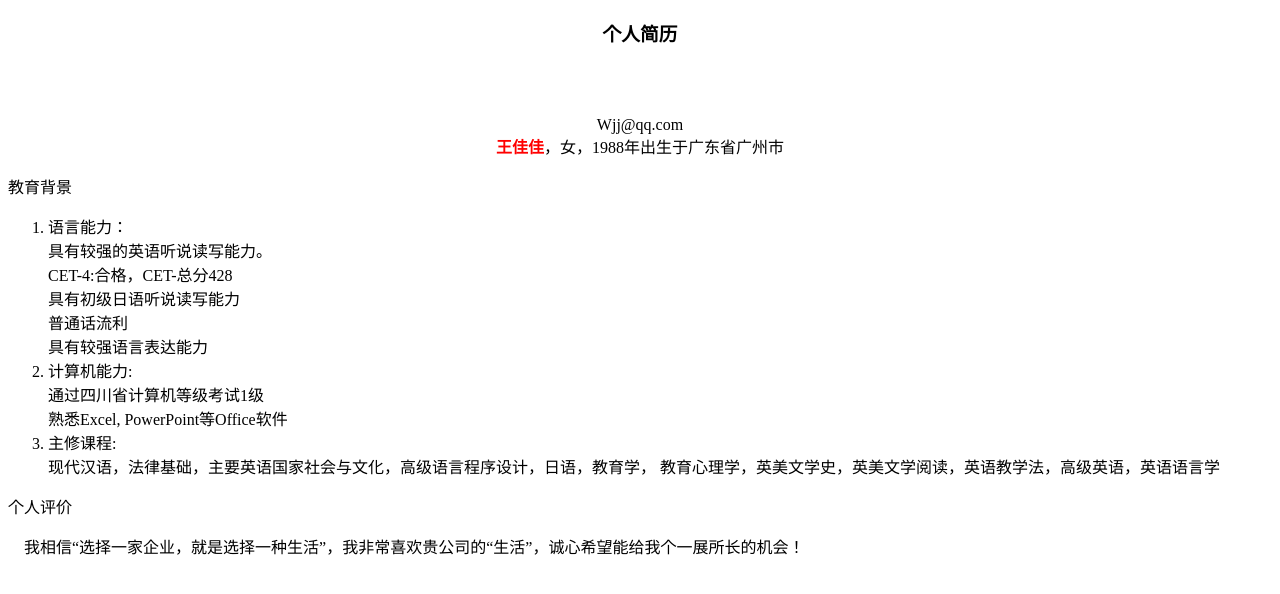
Repository: sheep9590/Test
Page: http://localhost/Prj03/
The author's editor kept a copy of each file at every save. The page is drawn from the files as they stood at one save, then again after the next save.
The browser window is 1280 px wide. The pictures show the whole page.
The page is served by Tomcat 9.

Above is the page before, as saved 2021-09-02 16:26:04.

After the next save:
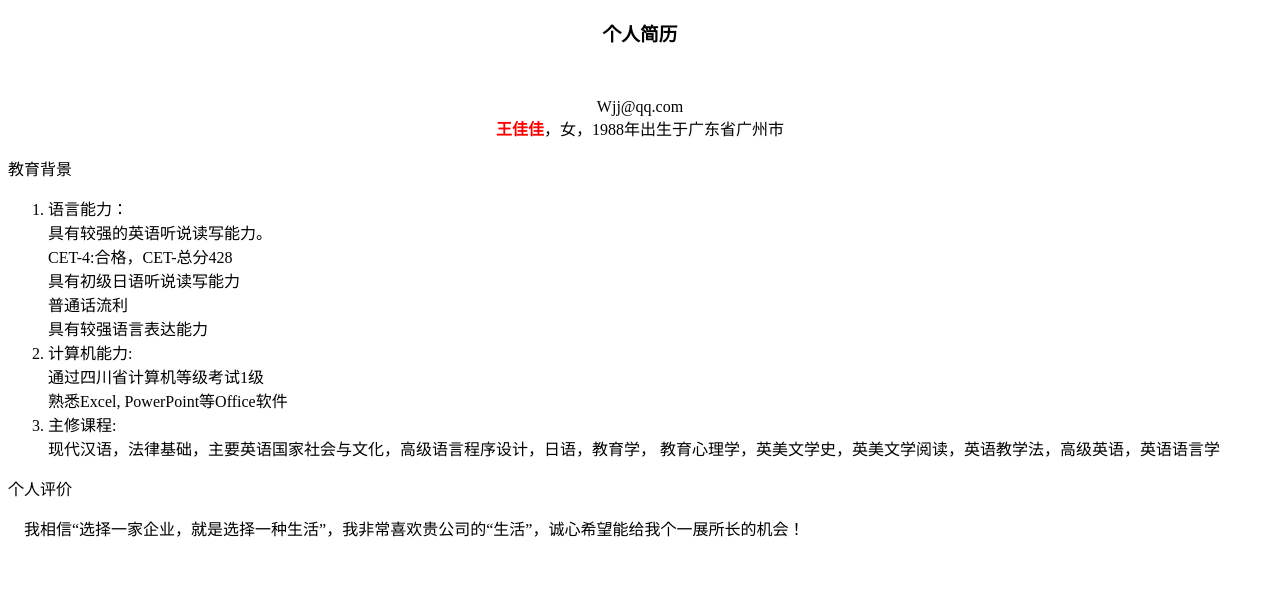
Saved 2 min 7 s later.
--- a/eclipse-workspace/Prj03/WebRoot/index.jsp
+++ b/eclipse-workspace/Prj03/WebRoot/index.jsp
@@ -7,8 +7,7 @@
 <title>我的第一个 HTML 页面</title>
 </head>
 <body>
-<h3 align="center">个人简历</h3>
-<p><br><br></p>
+<h3 align="center">个人简历</h3><br/>
 <p align="center">Wjj@qq.com<br>
 <font color="#FF0000" face="仿宋_GB2312" size="3"><b>王佳佳</b></font>，女，1988年出生于广东省广州市<br></p>
 教育背景
